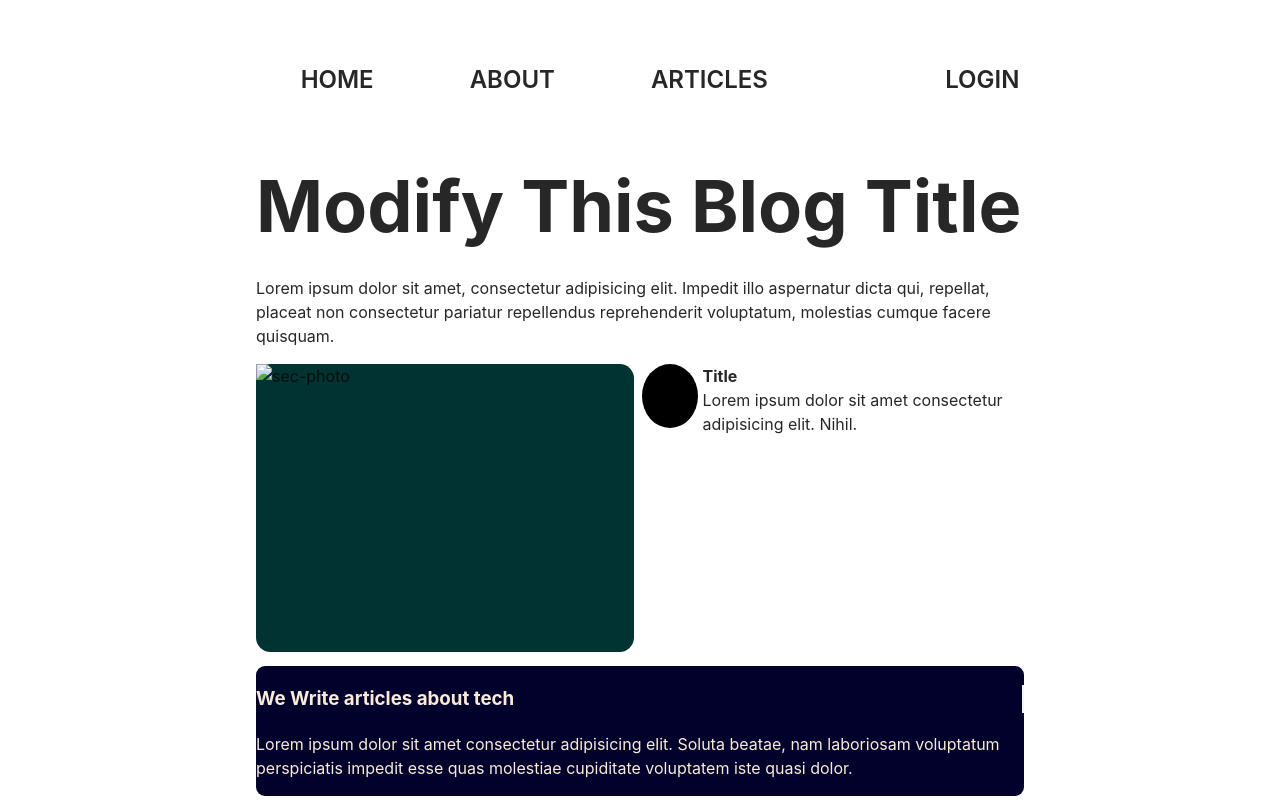
Repository: ValGrace/-static-site
Page: /home (app in client/)
An editor plug-in stored every save of this project. The page is shown before and after the next save, followed by the edit.
The browser window is 1280 px wide. The pictures show the whole page.
The project was rebuilt for these pictures with package versions that can differ from the ones it lists, and the page was loaded fresh each time. Also part of the build but not shown: client/vite.config.js, client/src/Utils/appwrite.js, client/src/Components/Inputs.css, client/src/Components/Login.jsx, client/src/Components/Signup.jsx.

Above is the page before, as saved 2023-02-05 12:20:08.

After the next save:
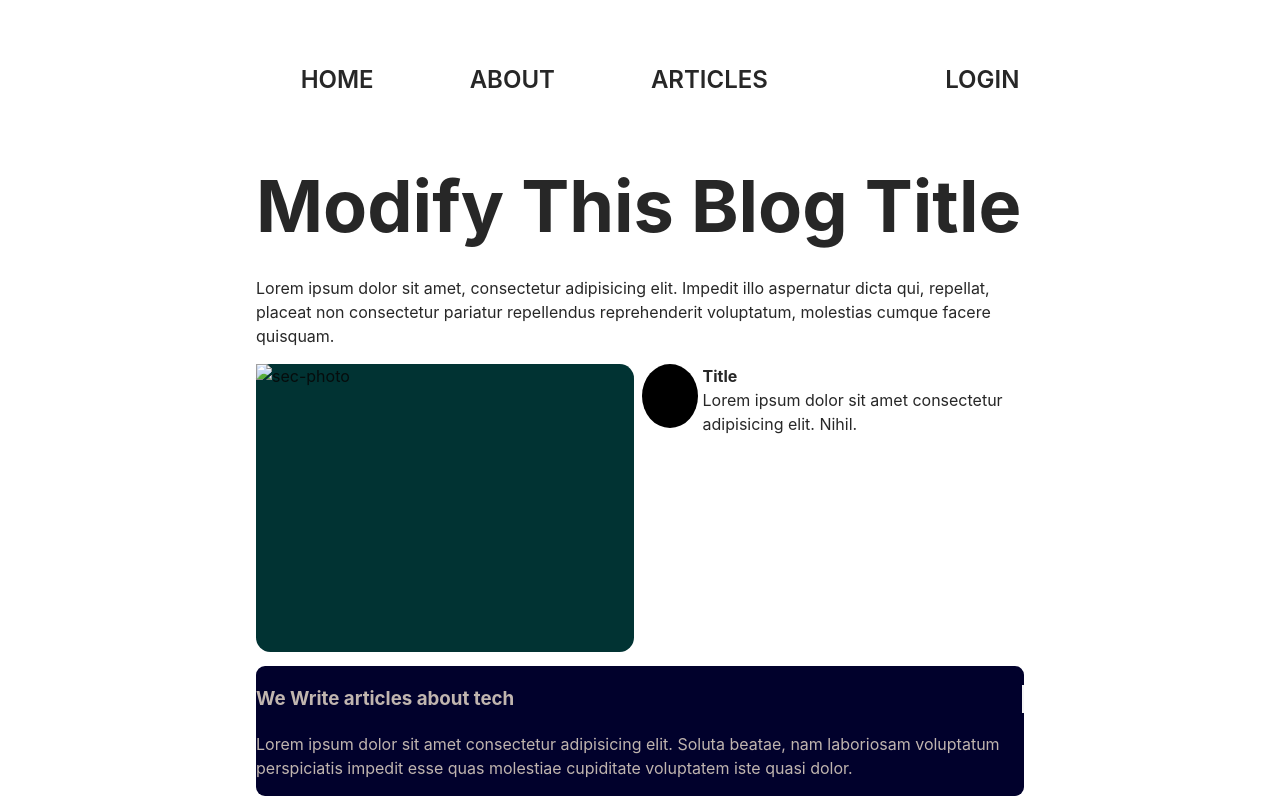
Saved 19 s later.
--- a/client/src/Components/Navbar.css
+++ b/client/src/Components/Navbar.css
@@ -66,7 +66,7 @@ nav > ul{
 .site-descr {
     width: 60vw;
     background-color: rgb(1, 1, 44);
-    color: antiquewhite;
+    color: rgba(250, 235, 215, 0.767);
     border-radius: 9px;
     margin-top: 0.9rem;
 }
